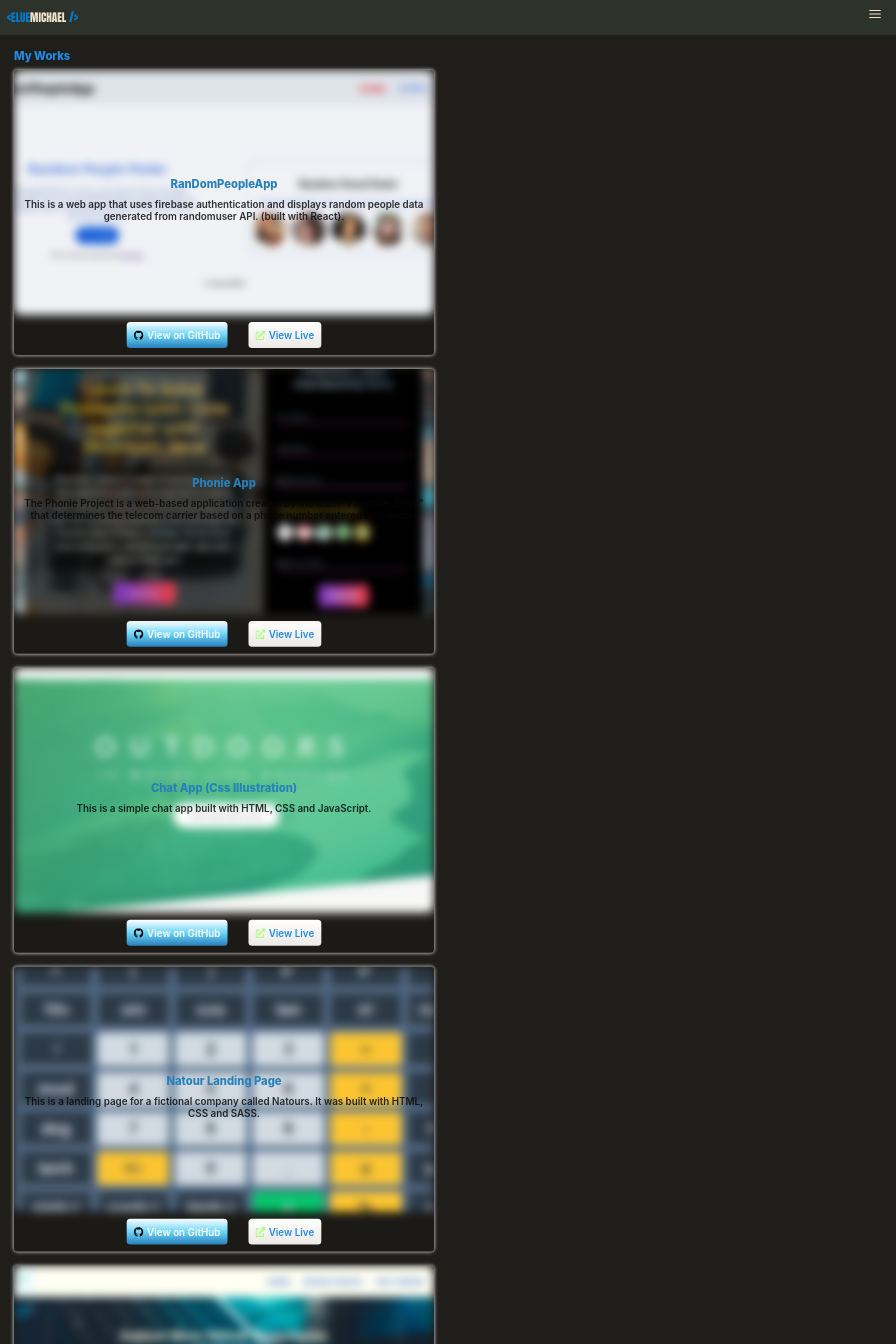
Repository: MikkyPrestige/portfolio
Page: /projects
An editor plug-in stored every save of this project. The page is shown before and after the next save, followed by the edit.
The browser window is 1280 px wide. The pictures show the part of the page from y = 0 to 1920 px (the page is 5651 px tall), at 70% of full size.
The project was rebuilt for these pictures with package versions that can differ from the ones it lists, and the page was loaded fresh each time. Also part of the build but not shown: src/components/avatar.jsx, src/components/home.jsx, src/components/about.jsx, src/components/fallback.jsx.

Above is the page before, as saved 2023-02-21 19:20:15.

### public/index.html
<!DOCTYPE html>
<html lang="en">
  <head>
    <meta charset="utf-8" />
    <link rel="icon" href="%PUBLIC_URL%/favicon.ico" />
    <meta name="viewport" content="width=device-width, initial-scale=1" />
    <meta name="theme-color" content="#000000" />
    <meta
      name="description"
      content="Web site created using create-react-app"
    />
    <link rel="apple-touch-icon" href="%PUBLIC_URL%/logo192.png" />
    <!--
      manifest.json provides metadata used when your web app is installed on a
      user's mobile device or desktop. See https://developers.google.com/web/fundamentals/web-app-manifest/
    -->
    <link rel="manifest" href="%PUBLIC_URL%/manifest.json" />
    <!--
      Notice the use of %PUBLIC_URL% in the tags above.
      It will be replaced with the URL of the `public` folder during the build.
      Only files inside the `public` folder can be referenced from the HTML.

      Unlike "/favicon.ico" or "favicon.ico", "%PUBLIC_URL%/favicon.ico" will
      work correctly both with client-side routing and a non-root public URL.
      Learn how to configure a non-root public URL by running `npm run build`.
    -->
    <title>Elue Michael Portfolio</title>
  </head>
  <body>
    <noscript>You need to enable JavaScript to run this app.</noscript>
    <div id="root"></div>
    <!--
      This HTML file is a template.
      If you open it directly in the browser, you will see an empty page.

      You can add webfonts, meta tags, or analytics to this file.
      The build step will place the bundled scripts into the <body> tag.

      To begin the development, run `npm start` or `yarn start`.
      To create a production bundle, use `npm run build` or `yarn build`.
    -->
  </body>
</html>

### src/assets/styles/sass/main.scss
@import 'abstracts/variables';
@import 'base/utilities';
@import 'base/base';
@import 'layouts/header';
@import 'pages/home';
@import 'pages/about';
@import 'pages/projects';
@import 'base/animation';

// @media (prefers-reduced-motion: no-preference) {
//   .App-logo {
//     animation: App-logo-spin infinite 20s linear;
//   }
// }

// @keyframes App-logo-spin {
//   from {
//     transform: rotate(0deg);
//   }
//   to {
//     transform: rotate(360deg);
//   }
// }

### src/components/layout.jsx
import React from "react";
import { MdClose } from "react-icons/md";
import { FiMenu } from "react-icons/fi";
import { useState } from "react";
import { NavLink } from "react-router-dom";

const Layout = () => {
  return (
    <div>
      <LayoutSmall />
      <LayoutLarge />
    </div>
  );
};

const CustomNavLink = ({ to, ...props }) => {
  let activeStyle = {
    color: "var(--color--green)",
    textDecoration: "underline",
  };

  return (
    <NavLink
      to={to}
      style={({ isActive }) =>
        isActive ? activeStyle : { textDecoration: "none" }
      }
      {...props}
    />
  );
};

const LayoutSmall = () => {
  const [showMenu, setShowMenu] = useState(false);

  const toggleMenu = () => {
    setShowMenu(!showMenu);
  };

  const closeMenu = () => {
    setShowMenu(false);
  };

  return (
    <div className="layout layout--small">
      <header className="layout--header">
        <div className="layout--header__title">
          <h1 className="layout--header__title__content">
            <span className="layout--header__title__content__span">{"<"}</span>
            <span className="layout--header__title__content__span--2">
              ELUE
            </span>
            MICHAEL{" "}
            <span className="layout--header__title__content__span">{"/>"}</span>
          </h1>
        </div>
        <nav className="layout--menu">
          <button className="layout--menu__button" onClick={toggleMenu}>
            {showMenu ? <MdClose /> : <FiMenu />}
          </button>
          <div className={`layout--menu__content ${showMenu ? "show" : ""}`}>
            <ul className="layout--menu__content__list">
              <li>
                <CustomNavLink
                  to="/"
                  onClick={closeMenu}
                  className="layout--menu__content__list__item"
                >
                  <span>#</span>Home
                </CustomNavLink>
              </li>
              <li>
                <CustomNavLink
                  to="/about"
                  onClick={closeMenu}
                  className="layout--menu__content__list__item"
                >
                  <span>#</span>About me
                </CustomNavLink>
              </li>
              <li>
                <CustomNavLink
                  to="/projects"
                  onClick={closeMenu}
                  className="layout--menu__content__list__item"
                >
                  <span>#</span>Projects
                </CustomNavLink>
              </li>
              <li>
                <CustomNavLink
                  to="/contact"
                  onClick={closeMenu}
                  className="layout--menu__content__list__item"
                >
                  <span>#</span>Contact
                </CustomNavLink>
              </li>
            </ul>
          </div>
        </nav>
      </header>
    </div>
  );
};

const LayoutLarge = () => {
  return (
    <div className="layout layout--large">
      <header className="layout--header">
        <div className="layout--title">
          <h1 className="layout--title__content">
            <span className="layout--title__content__span">{"<"}</span>
            <span className="layout--header__title__content__span--2">
              ELUE
            </span>
            MICHAEL<span className="layout--title__content__span">{"/>"}</span>
          </h1>
        </div>
        <div className="layout--menu">
          <ul className="layout--menu__list">
            <li className="layout--menu__list__item">
              <CustomNavLink to="/">Home</CustomNavLink>
            </li>
            <li className="layout--menu__list__item">
              <CustomNavLink to="/about">About me</CustomNavLink>
            </li>
            <li className="layout--menu__list__item">
              <CustomNavLink to="/projects">Projects</CustomNavLink>
            </li>
            <li className="layout--menu__list__item">
              <CustomNavLink to="/contact">Contact</CustomNavLink>
            </li>
          </ul>
        </div>
      </header>
    </div>
  );
};

export { Layout, LayoutSmall, LayoutLarge };

### src/assets/styles/sass/abstracts/_variables.scss
:root {
  --color-primary: #cc4600;
  --color-secondary: #bb45cb;
  --color-tertiary: #eefff8;

  // MARK UP
  --color--markup: #FF8303;
  // TEXT
  --color--text: #F0E3CA;

  // BACKGROUND
  --color--bg: #2D322A;
  --color--bg-light: #242320;
  --color--bg-dark: #1B1A17;
  --color--bg-dark-2: #1F1E1B;
  //DARK
  --color--dark: rgba(22, 22, 22, 1);
  --color--dark-1: rgba(34, 34, 34, 1);
  --color--dark-2: rgba(45, 45, 45, 1);
  --color--dark-3: rgba(51, 51, 51, 1);
  --color--dark-4: rgba(189, 189, 189, 1);
  //WHITE
  --color--white: rgba(255, 255, 255, 1);
  --color--white-1: rgba(240, 227, 202, 1);
  --color--white-2: #ece9e6;
  --color--white-op: rgba(240, 227, 202, 0.76);

  // GRAY
  --color--gray: #ABB2BF;

  --light-blue: rgba(97, 218, 251, 1);
  --light-blue--1: #3bc9db;
  --light-blue--2: #6dd5fa;
  --dark-blue: rgba(0, 122, 204, 1);
  --dark-blue--1: #2980b9;
  --blue-cyan: #228be6;
  --dark-blue-op: rgba(6, 6, 7, 0.82);

  --color--green: rgba(131, 205, 41, 1);

  //Font size
  --font-size: 1rem;
  --font-size--small: 1.2rem;
  --font-size--medium: 1.4rem;
  --font-size--large: 1.6rem;
  --font-size--x-large: 1.8rem;
  --font-size--xx-large: 2rem;
  // ICON FONTS
  --font-size--icon: 3rem;
  --font-size--icon-1: 3.5rem;
  --font-size--icon-2: 4rem;


  //Font family
  --font-family: 'Roboto', sans-serif;
  --font--family--primary: 'Inter', sans-serif;
  --font-family--secondary: 'Inconsolata', monospace;
  --font-family--tertiary: 'Impact', sans-serif;
  --font-family--2: 'Fira Code', monospace;

  // FONT WEIGHT
  --font-weight--light: 300;
  --font-weight--regular: 400;
  --font-weight--medium: 600;
  --font-weight--bold: 800;
  --font-weight--boldest: 900;
}

### src/assets/styles/sass/base/_utilities.scss
.github-link-bg {
  background: linear-gradient(to top, var(--dark-blue--1), var(--light-blue--2), var(--color--white));
}

.live-link-bg {
  background: linear-gradient(to top, var(--color--white-2), var(--color--white));
}

.blue-markup {
  color: var(--blue-cyan) !important;
}

### src/assets/styles/sass/base/_base.scss
*,
*::after,
*::before {
  margin: 0;
  padding: 0;
  box-sizing: border-box;
}

html {
  font-size: 62.5%;
  font-family: var(--font-family);
  color: var(--color-white);
  background-color: var(--color--bg);
}

::selection {
  background-color: var(--color-primary);
  color: var(--color-white);
}

### src/assets/styles/sass/layouts/_header.scss
.layout {
  width: 100%;
  height: 5rem;

  &--header {
    display: flex;
    justify-content: space-between;
    align-items: center;
    padding: 1rem;

    &__title {
      text-align: center;

      &__content {
        color: var(--color--text);
        font-family: var(--font-family--tertiary);
        font-size: var(--font-size--large);
        font-weight: var(--font-weight--regular);
        position: absolute;
        z-index: 1000;

        &__span {
          color: var(--dark-blue);
          font-size: var(--font-size--x-large);

          &--2 {
            color: var(--dark-blue);
          }
        }
      }
    }
  }

  &--menu {
    position: relative;

    &__button {
      position: fixed;
      top: 1rem;
      right: 2rem;
      z-index: 10;
      background-color: var(--color--bg);
      color: var(--color--text);
      border: none;
      font-size: var(--font-size--xx-large);
      font-weight: var(--font-weight--bold);
      cursor: pointer;
    }

    &__content {
      position: fixed;
      top: 0;
      right: 0;
      width: 0;
      max-width: 100%;
      height: 85%;
      background-color: var(--color--bg-dark);
      z-index: 5;
      overflow: hidden;

      &.show {
        width: 100%;
        transition: all 1s ease-in-out;
        -webkit-transition: all 1s ease-in-out;
        -moz-transition: all 1s ease-in-out;
        -ms-transition: all 1s ease-in-out;
        -o-transition: all 1s ease-in-out;
      }

      &__list {
        list-style: none;
        display: flex;
        flex-direction: column;
        justify-content: center;
        align-items: center;
        gap: 5rem;
        padding: 0;
        margin-top: 8rem;

        &__item {
          color: var(--dark-blue);
          font-family: var(--font-family--secondary);
          font-size: var(--font-size--large);
          font-weight: var(--font-weight--bold);
          font-style: normal;
          text-transform: capitalize;
          cursor: pointer;
          transition: all 1s ease-in-out;
          -webkit-transition: all 1s ease-in-out;
          -moz-transition: all 1s ease-in-out;
          -ms-transition: all 1s ease-in-out;
          -o-transition: all 1s ease-in-out;

          &:hover,
          &:active {
            color: var(--color--text);
          }

          span {
            color: var(--color--white-1);
          }
        }
      }
    }
  }


  &--large {
    display: none;
  }
}

### src/assets/styles/sass/pages/home.scss
.home {
  width: 100%;
  height: 100vh;
  background: radial-gradient(100% 100% at 50% 100%, var(--color--bg-dark-2) 21.52%, var(--color--bg-dark) 100%);

  &--contents {
    display: flex;
    flex-direction: column;
    justify-content: center;
    align-items: center;
    padding: 3rem 5rem;
    gap: 3rem;
  }

  &--content {
    display: flex;
    flex-direction: column;
    align-items: flex-start;
    padding: 0;
    gap: .5rem;

    &__title {
      font-family: var(--font-family--secondary);
      font-size: var(--font-size--x-large);
      font-weight: var(--font-weight--boldest);
      color: var(--dark-blue);
    }

    &__subtitle {
      font-family: var(--font-family--secondary);
      font-size: var(--font-size--large);
      font-weight: var(--font-weight--bold);
      color: var(--color--text);
    }

    &__desc {
      font-family: var(--font-family--secondary);
      font-size: var(--font-size--small);
      font-weight: var(--font-weight--regular);
      color: var(--color--white-1);
    }
  }

  &--avatar {
    border-radius: 5%;
    -webkit-border-radius: 5%;
    -moz-border-radius: 5%;
    -ms-border-radius: 5%;
    -o-border-radius: 5%;
    background-image: radial-gradient(circle, var(--blue-cyan) 5%, var(--light-blue--1) 95%);
  }
}

### src/assets/styles/sass/pages/_about.scss
.about {
  width: 100%;
  height: 100%;
  background-color: var(--color--bg-dark-2);
  color: var(--color--gray);

  &--wrapper {
    display: flex;
    flex-direction: column;
    justify-content: center;
    align-items: center;
    gap: 1rem;
  }

  &--desc {
    padding: 5rem;
    display: flex;
    flex-direction: column;
    justify-content: center;
    align-items: center;
    gap: 5rem;
  }

  &--img {
    position: relative;

    &__content1 {
      width: 3rem;
      height: 3rem;
      position: absolute;
      top: 0;
      left: 0;
      background: var(--dark-blue);
      transform: rotate(51.88deg);
    }

    &__content2 {
      width: 3rem;
      height: 3rem;
      position: absolute;
      top: 0;
      left: 0;
      background: var(--color--white-op);
    }
  }

  &--content {
    display: flex;
    flex-direction: column;
    justify-content: center;
    align-items: flex-start;
    gap: 2rem;
    font-family: var(--font-family--2);

    &__title {
      line-height: 2;

      &__head {
        font-size: var(--font-size--x-large);
        font-weight: var(--font-weight--medium);
      }

      &__span {
        color: var(--dark-blue);
      }

      &__subhead {
        font-size: var(--font-size--medium);
        font-weight: var(--font-weight--regular);
      }
    }

    &__text {
      padding-left: 3rem;
      line-height: 1.5;
      color: var(--color--text);

      &__head {
        font-size: var(--font-size--large);
        font-weight: var(--font-weight--regular);

        &__name {
          color: var(--blue-cyan);
          font-weight: var(--font-weight--medium);
        }
      }

      &__desc {
        font-size: var(--font-size--small);
        font-weight: var(--font-weight--regular);
      }
    }
  }

  &--skills {
    display: flex;
    flex-direction: column;
    justify-content: center;
    align-items: center;
    gap: 2rem;

    &__title__head {
      font-size: var(--font__title -size--x-large);
      font-weight: var(--font-weight--medium);
      color: var(--dark-blue);
      text-transform: capitalize;
    }

    &__icon {
      font-size: var(--font-size--medium);
      color: var(--color--white-1);
    }

    &__content {
      display: flex;
      flex-direction: column;
      align-items: flex-start;
      gap: 2rem;
      padding: 0;
      width: 100%;

      &__items {
        display: grid;
        grid-template-columns: repeat(2, 1fr);
        gap: 2rem 5rem;
        width: 100%;
        padding: 1rem 3rem;
        border-radius: 1rem;
        background-color: var(--color--bg-dark);

        &__card {
          display: flex;
          flex-direction: column;
          justify-content: center;
          align-items: center;
          padding: 1rem;
          width: 10rem;
          border-radius: 1rem;
          -webkit-border-radius: 1rem;
          -moz-border-radius: 1rem;
          -ms-border-radius: 1rem;
          -o-border-radius: 1rem;

          &__icon {
            font-size: var(--font-size--icon-2);
          }

          &__text {
            font-family: var(--font-family--secondary);
            font-size: var(--font-size--medium);
            font-weight: var(--font-weight--medium);
            color: var(--color--white-1);
          }
        }
      }
    }
  }
}

### src/assets/styles/sass/pages/_projects.scss
.project {
  padding: 2rem;
  background-color: var(--color--bg-dark-2);

  &--title {
    font-family: var(--font--family--secondary);
    font-size: var(--font-size--large);
    font-weight: var(--font-weight--bold);
    color: var(--blue-cyan);
    margin-bottom: 1rem;
  }

  &--wrapper {
    display: grid;
    grid-template-columns: repeat(1, 1fr);
    gap: 2rem;
    width: 100%;
  }

  &--card {
    background-color: var(--color--bg-dark);
    // margin: auto;
    padding: 1rem;
    border-radius: 0.5rem;
    box-shadow: 0 0 0.5rem 0.1rem var(--color--dark-4);
    transition: all 0.3s ease-in-out;
    position: relative;
    display: flex;
    flex-direction: column;
    justify-content: center;
    align-items: center;
    // height: 100%;
    max-width: 60rem;
    overflow-y: hidden;

    &:hover {
      transform: translateY(-0.5rem);
      box-shadow: 0 0 0.5rem 0.1rem var(--color--dark-4);
    }

    &__blur {
      position: absolute;
      top: 0;
      left: 0;
      width: 100%;
      height: 35rem;
      border-radius: 1rem;
      background-size: cover;
      background-position: center;
      background-repeat: no-repeat;
      filter: blur(0.7rem);
      //z-index: 1;

      &-1 {
        background-image: url(../../../images/randomApp.jpeg);
      }

      &-2 {
        background-image: url(../../../images/phonieApp.jpeg);
      }

      &-3 {
        background-image: url(../../../images/natours.jpeg);
      }

      &-4 {
        background-image: url(../../../images/calculator.jpeg);
      }

      &-5 {
        background-image: url(../../../images/repoApp.jpeg);
      }

      &-6 {
        background-image: url(../../../images/fylo.jpeg);
      }

      &-7 {
        background-image: url(../../../images/orderCard.jpeg);
      }

      &-8 {
        background-image: url(../../../images/phonyApp.jpeg);
      }

      &-9 {
        background-image: url(../../../images/ratingApp.jpeg);
      }

      &-10 {
        background-image: url(../../../images/chatAppCss.jpeg);
      }

      &-11 {
        background-image: url(../../../images/trillo.jpeg);
      }

      &-12 {
        background-image: url(../../../images/statsCard.jpeg);
      }

      &-13 {
        background-image: url(../../../images/phonyApp.jpeg);
      }

      &-14 {
        background-image: url(../../../images/shoebrand.jpeg);
      }
    }

    &__content {
      height: 35rem;
      width: 100%;
      display: flex;
      flex-direction: column;
      justify-content: center;
      align-items: center;
      gap: 1rem;
      position: relative;
      top: 0;
      left: 0;
      // z-index: 10;

      &__title {
        font-family: var(--font--family--secondary);
        font-size: var(--font-size--large);
        font-weight: var(--font-weight--bold);
        color: var(--dark-blue--1);
      }

      &__desc {
        font-family: var(--font--family--secondary);
        font-size: var(--font-size--medium);
        font-weight: var(--font-weight--medium);
        color: var(--dark-blue-op);
        text-align: center;
      }
    }

    &__links {
      display: flex;
      align-items: center;
      gap: 3rem;

      &__link {
        text-decoration: none;
        padding: 1rem;
        border-radius: 0.5rem;
        font-family: var(--font--family--secondary);
        font-size: var(--font-size--medium);
        font-weight: var(--font-weight--medium);
        color: var(--color--white);
        transition: all 0.3s ease-in-out;
        display: inline-flex;
        align-items: center;
        gap: .5rem;

        &:hover,
        &:focus {
          outline: none;
          animation: Heartbeat 1s infinite;
          -webkit-animation: Heartbeat 1s infinite;
}
      }
    }
  }
}

### src/assets/styles/sass/base/_animation.scss
//  INFINITE HEARTBEAT PAUSE ANIMATION

@keyframes Heartbeat {
  0% {
    transform: scale(1);
    -webkit-transform: scale(1);
    -moz-transform: scale(1);
    -ms-transform: scale(1);
    -o-transform: scale(1);
  }

  50% {
    transform: scale(1.05);
    -webkit-transform: scale(1.05);
    -moz-transform: scale(1.05);
    -ms-transform: scale(1.05);
    -o-transform: scale(1.05);
  }

  100% {
    transform: scale(1);
    -webkit-transform: scale(1);
    -moz-transform: scale(1);
    -ms-transform: scale(1);
    -o-transform: scale(1);
  }
}

Loaded but not shown: src/index.css (common file); src/reportWebVitals.js (common file); src/index.js (21 lines, source omitted); src/App.js (22 lines, source omitted); src/components/projects.jsx (437 lines, source omitted)

After the next save:
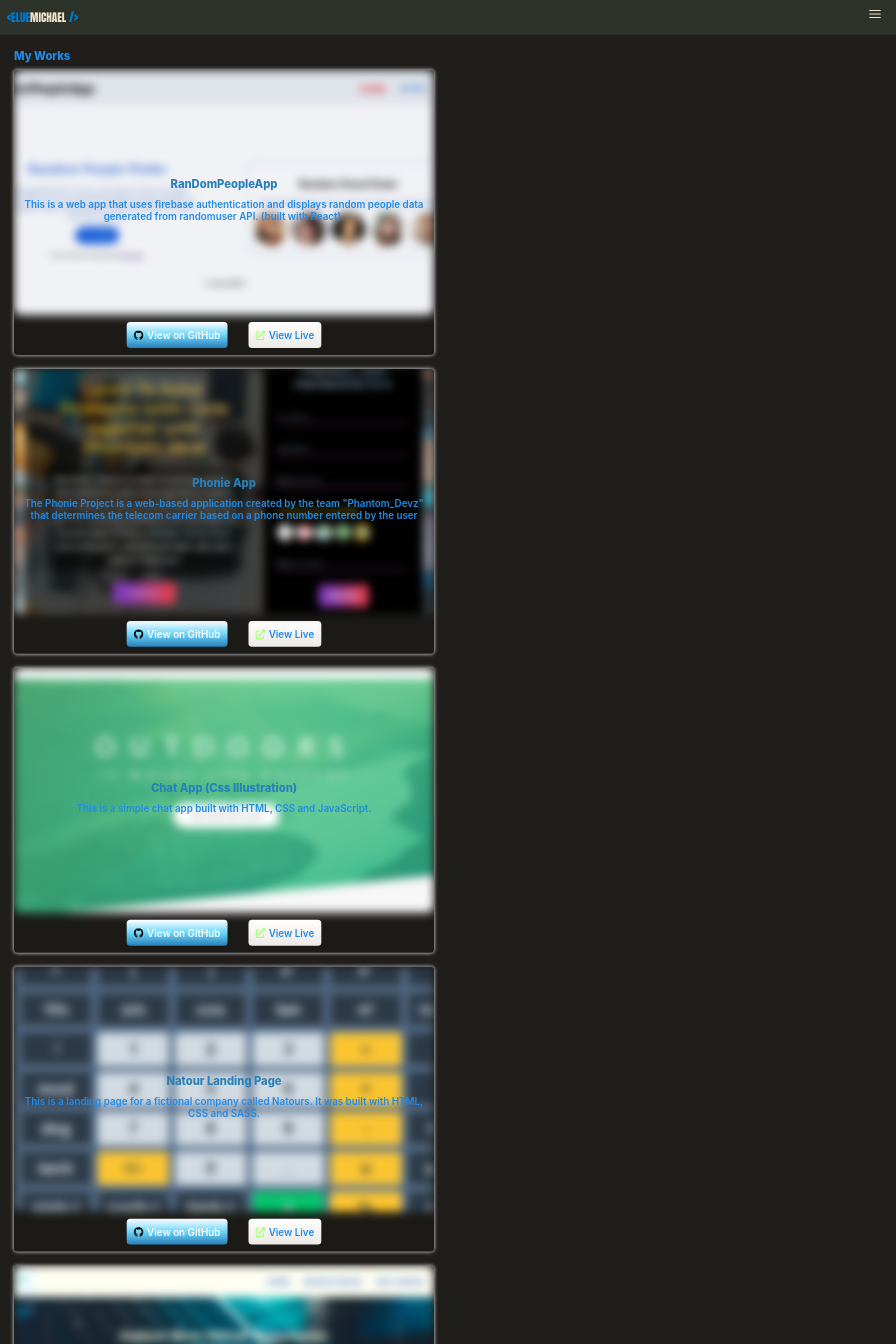
Saved 25 s later.
--- a/src/assets/styles/sass/pages/_projects.scss
+++ b/src/assets/styles/sass/pages/_projects.scss
@@ -132,7 +132,7 @@
         font-family: var(--font--family--secondary);
         font-size: var(--font-size--medium);
         font-weight: var(--font-weight--medium);
-        color: var(--dark-blue-op);
+        color: var(--blue-cyan);
         text-align: center;
       }
     }
